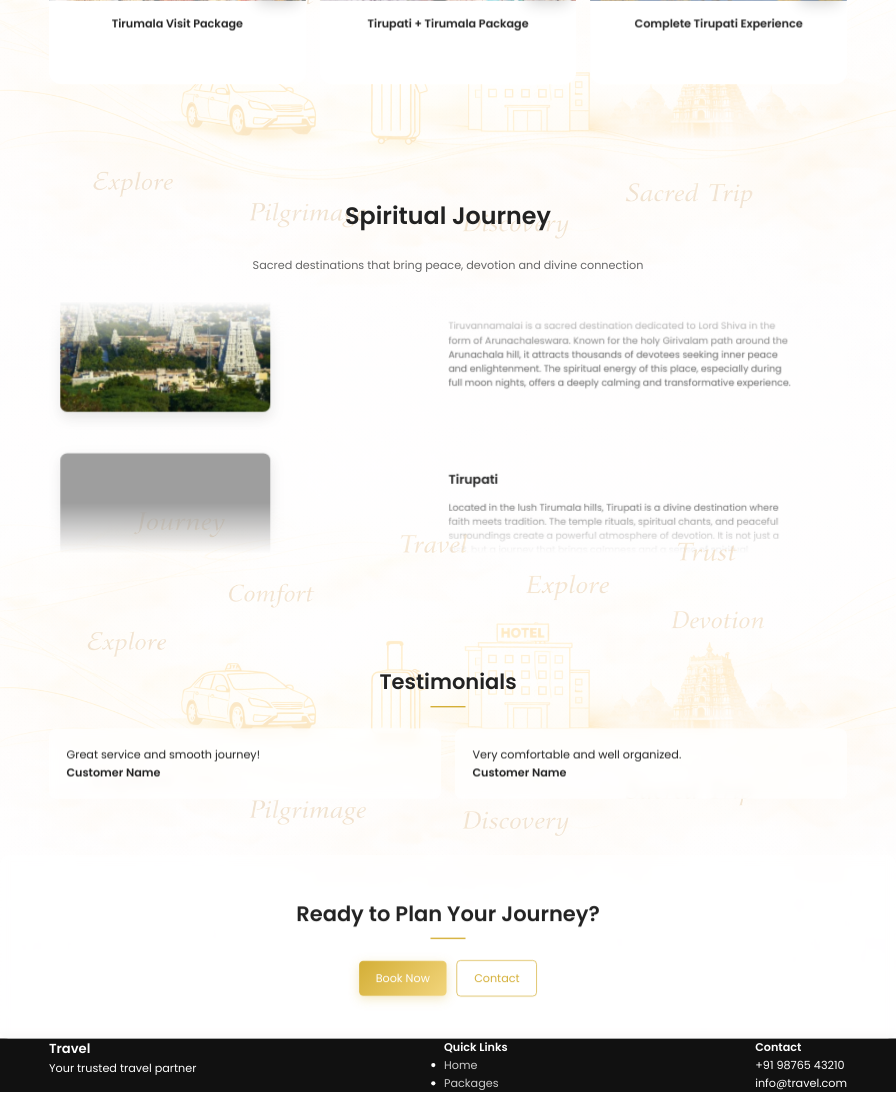
Repository: heytirupati/Bookingweb
Page: index.html
These files come from the project's save history. The page is drawn as it stood at one moment and after the next save; the edit follows.
The browser window is 1280 px wide. The pictures show the part of the page from y = 2031 to 3951 px (the page is 3592 px tall before and 3951 px after), at 70% of full size.
Pictures or frames that could not be fetched are drawn as grey boxes. Backgrounds fixed to the window are drawn as part of the page.

Above is the page before, as saved 2026-03-28 13:34:00.

After the next save:
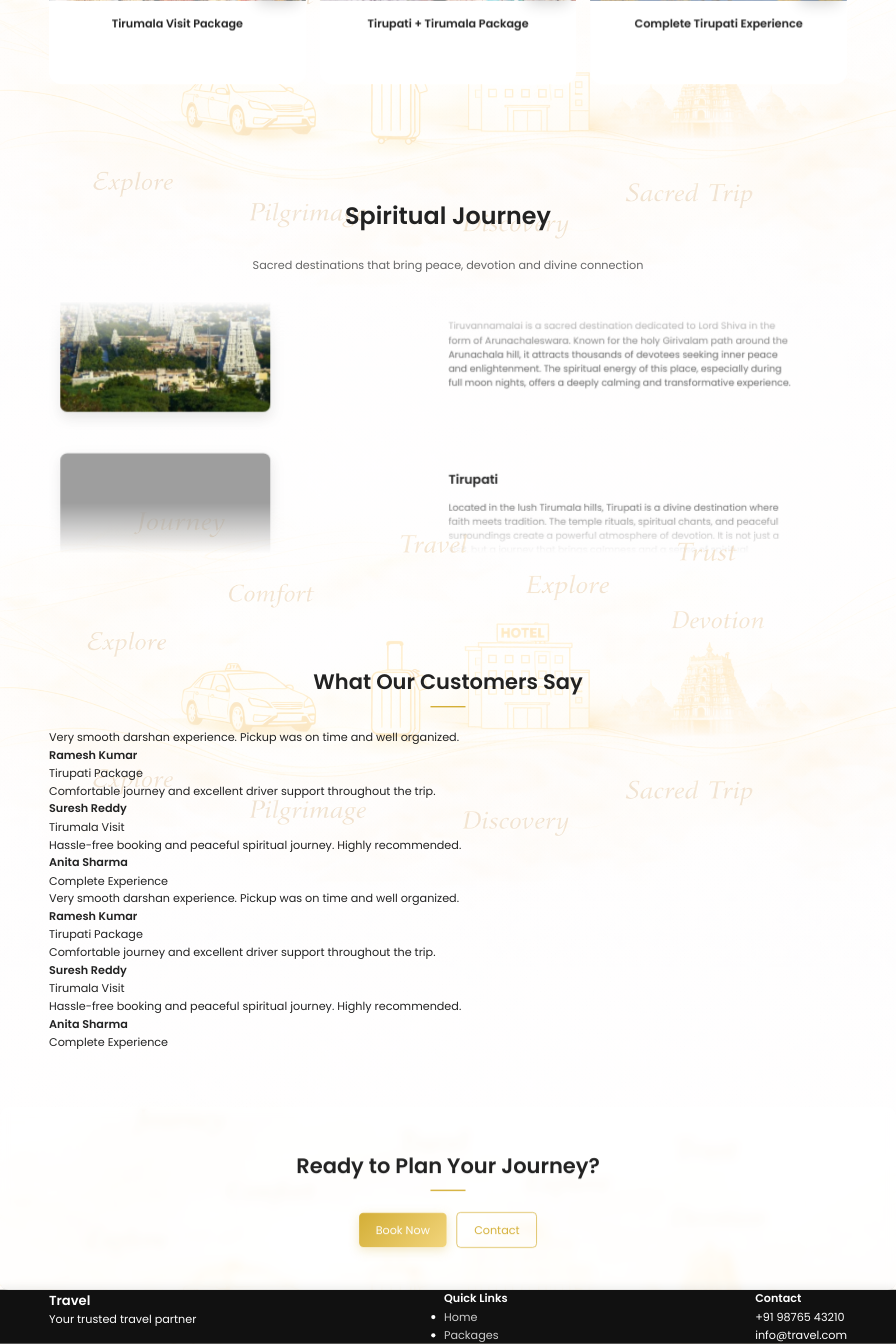
Saved 30 min 9 s later.
--- a/index.html
+++ b/index.html
@@ -342,23 +342,69 @@
 </section>
 <!-- 8. Testimonials -->
     <section class="testimonials">
-        <div class="container">
-            <h2>Testimonials</h2>
-            <div class="testimonial-cards">
-
-                <div class="card">
-                    <p>Great service and smooth journey!</p>
-                    <h4>Customer Name</h4>
-                </div>
-
-                <div class="card">
-                    <p>Very comfortable and well organized.</p>
-                    <h4>Customer Name</h4>
-                </div>
-
-            </div>
-        </div>
-    </section>
+    <div class="container">
+
+        <h2>What Our Customers Say</h2>
+
+        <div class="testimonial-wrapper">
+
+            <div class="testimonial-track">
+
+                <!-- CARD -->
+                <div class="testimonial-card">
+                    <p>
+                        Very smooth darshan experience. Pickup was on time and well organized.
+                    </p>
+                    <h4>Ramesh Kumar</h4>
+                    <span>Tirupati Package</span>
+                </div>
+
+                <div class="testimonial-card">
+                    <p>
+                        Comfortable journey and excellent driver support throughout the trip.
+                    </p>
+                    <h4>Suresh Reddy</h4>
+                    <span>Tirumala Visit</span>
+                </div>
+
+                <div class="testimonial-card">
+                    <p>
+                        Hassle-free booking and peaceful spiritual journey. Highly recommended.
+                    </p>
+                    <h4>Anita Sharma</h4>
+                    <span>Complete Experience</span>
+                </div>
+
+                <!-- 🔁 DUPLICATE SAME FOR LOOP -->
+                <div class="testimonial-card">
+                    <p>
+                        Very smooth darshan experience. Pickup was on time and well organized.
+                    </p>
+                    <h4>Ramesh Kumar</h4>
+                    <span>Tirupati Package</span>
+                </div>
+
+                <div class="testimonial-card">
+                    <p>
+                        Comfortable journey and excellent driver support throughout the trip.
+                    </p>
+                    <h4>Suresh Reddy</h4>
+                    <span>Tirumala Visit</span>
+                </div>
+
+                <div class="testimonial-card">
+                    <p>
+                        Hassle-free booking and peaceful spiritual journey. Highly recommended.
+                    </p>
+                    <h4>Anita Sharma</h4>
+                    <span>Complete Experience</span>
+                </div>
+
+            </div>
+
+        </div>
+    </div>
+</section>
 
     <!-- 9. CTA Section -->
     <section class="cta">
